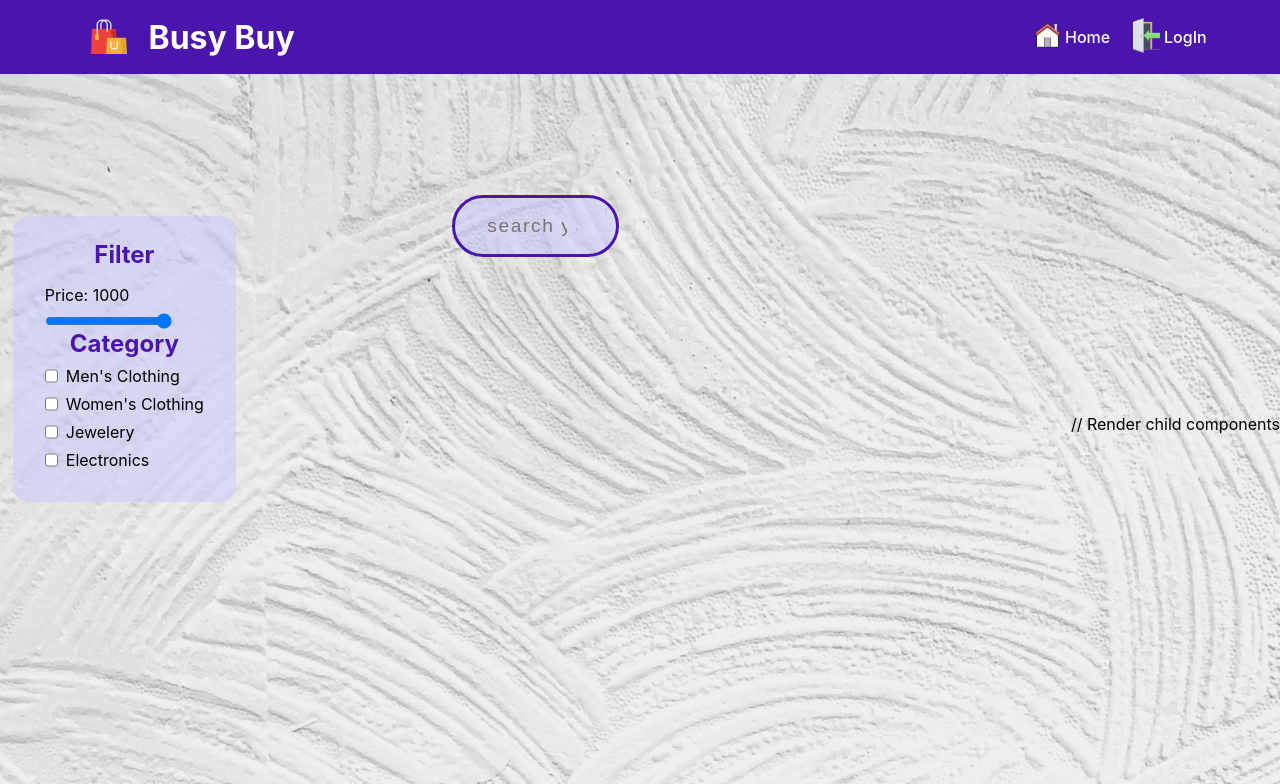
Repository: ssaddamhuss100/BuyBasy1
Page: /cart
The author's editor kept a copy of each file at every save. The page is drawn from the files as they stood at one save, then again after the next save.
The browser window is 1280 px wide. The pictures show the whole page.
The page's requests for data from a server got no answer. Backgrounds fixed to the window are drawn as part of the page. The project was rebuilt for these pictures with package versions that can differ from the ones it lists, and the page was loaded fresh each time. No one was signed in, and anything a server would have sent is missing. Also part of the build but not shown: src/Components/Login/Login.module.css, src/Components/Login/Login.js, src/Components/SignUp/SignUp.module.css, src/Components/SignUp/SignUp.js, src/Components/Loader/Loader.module.css, src/Components/Cart/Cart.module.css, src/Components/Order/Order.module.css, src/Components/Order/Order.js.

Above is the page before, as saved 2024-12-18 19:51:49.

After the next save:
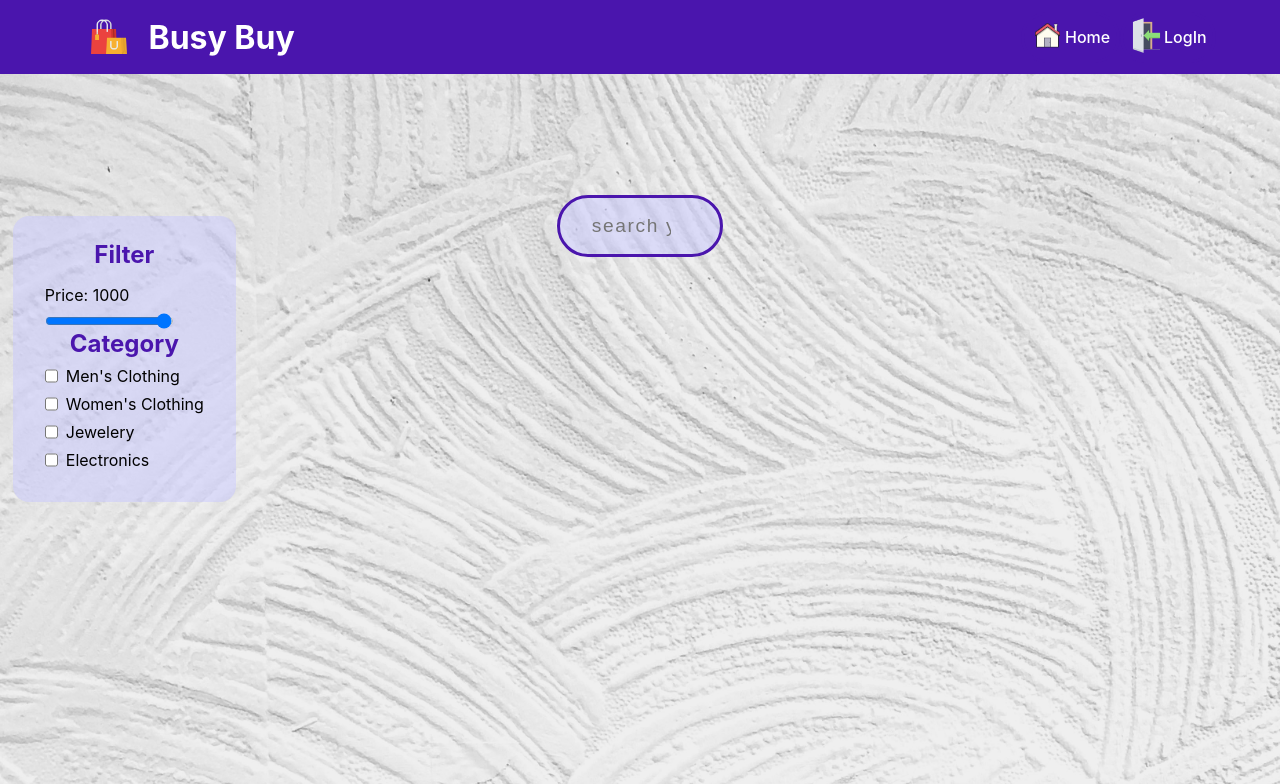
Saved 5 s later.
--- a/src/userContext.js
+++ b/src/userContext.js
@@ -140,7 +140,7 @@ export const UserContextProvider = ({ children }) => {
             setUserCart, // Function to set/update the user's cart
             userOrder // User's orders
         }}>
-            {children} // Render child components
+            {children}
         </userContext.Provider>
     )
 }
